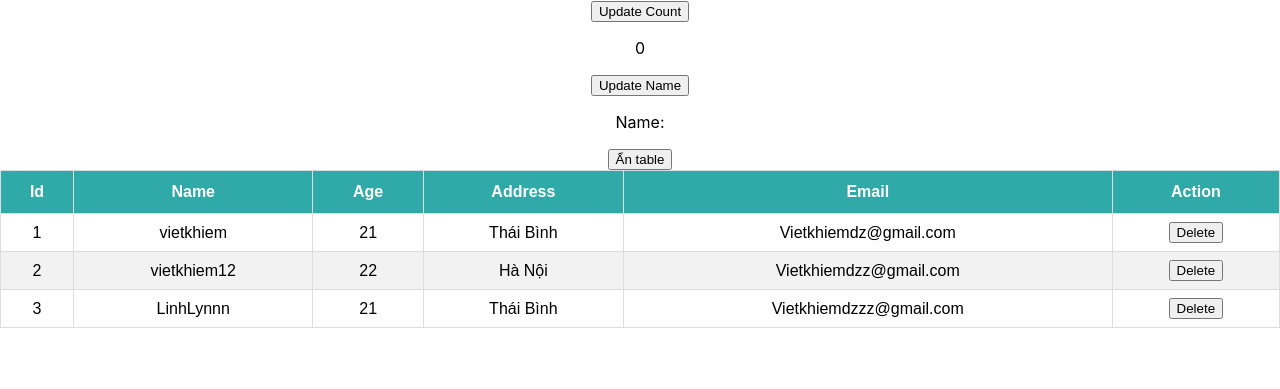
Repository: vietkhiem/TypeScript
Page: /
These files come from the project's save history. The page is drawn as it stood at one moment and after the next save; the edit follows.
The browser window is 1280 px wide. The pictures show the whole page.
The project was rebuilt for these pictures with package versions that can differ from the ones it lists, and the page was loaded fresh each time.

Above is the page before, as saved 2022-03-18 17:27:29.

After the next save:
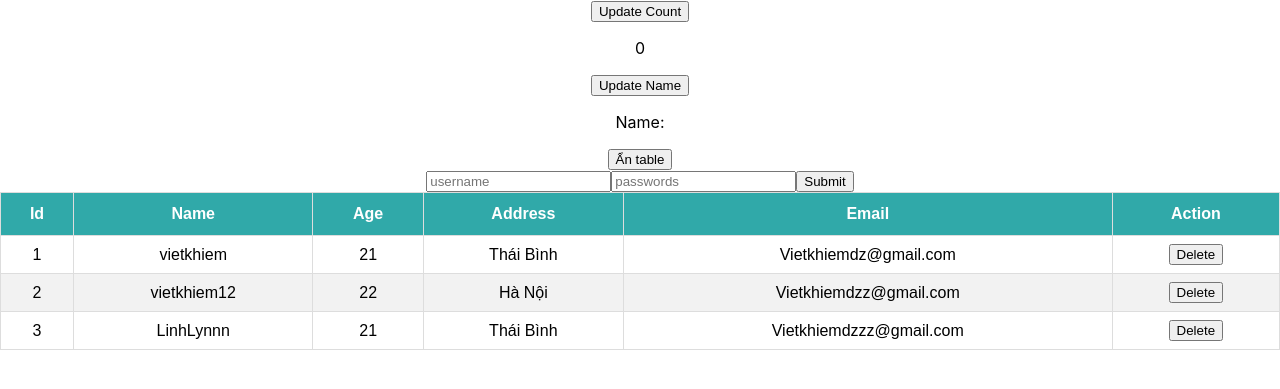
Saved 93 s later.
--- a/src/pages/login/index.tsx
+++ b/src/pages/login/index.tsx
@@ -3,7 +3,11 @@ import React from 'react'
 export default function Login() {
   return (
     <>
-
+      <form action="">
+        <input type="text" placeholder='username' />
+        <input type="text" placeholder='passwords' />
+        <button>Submit</button>
+      </form>
     </>
   )
 }
